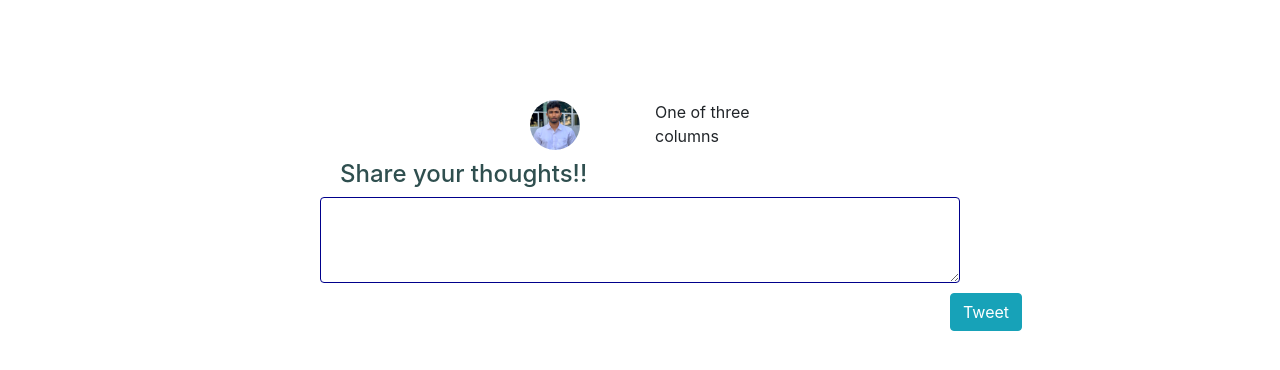
Repository: rashmikagamage/OAuth-Implementation
Page: / (app in frontend/)
An editor plug-in stored every save of this project. The page is shown before and after the next save, followed by the edit.
The browser window is 1280 px wide. The pictures show the whole page.
Some web libraries are served in a nearby version. The project was rebuilt for these pictures with package versions that can differ from the ones it lists, and the page was loaded fresh each time. Also part of the build but not shown: frontend/src/components/login.js, frontend/src/components/git-home.js, frontend/src/App.css.

Above is the page before, as saved 2021-09-08 10:43:42.

### frontend/public/index.html
<!DOCTYPE html>
<html lang="en">
  <head>
    <meta charset="utf-8" />
    <link rel="icon" href="%PUBLIC_URL%/favicon.ico" />
    <meta name="viewport" content="width=device-width, initial-scale=1" />
    <meta name="theme-color" content="#000000" />
    <meta
      name="description"
      content="Web site created using create-react-app"
    />
    <link rel="apple-touch-icon" href="%PUBLIC_URL%/logo192.png" />
    <!--
      manifest.json provides metadata used when your web app is installed on a
      user's mobile device or desktop. See https://developers.google.com/web/fundamentals/web-app-manifest/
    -->
    <link rel="manifest" href="%PUBLIC_URL%/manifest.json" />
    <link rel="stylesheet" href="https://pro.fontawesome.com/releases/v5.13.0/css/all.css">
    <link rel="shortcut icon" href="%PUBLIC_URL%/favicon.ico">
    <!--
      Notice the use of %PUBLIC_URL% in the tags above.
      It will be replaced with the URL of the `public` folder during the build.
      Only files inside the `public` folder can be referenced from the HTML.

      Unlike "/favicon.ico" or "favicon.ico", "%PUBLIC_URL%/favicon.ico" will
      work correctly both with client-side routing and a non-root public URL.
      Learn how to configure a non-root public URL by running `npm run build`.
    -->
    <link rel="stylesheet" href="https://maxcdn.bootstrapcdn.com/bootstrap/4.0.0/css/bootstrap.min.css" integrity="sha384-Gn5384xqQ1aoWXA+058RXPxPg6fy4IWvTNh0E263XmFcJlSAwiGgFAW/dAiS6JXm" crossorigin="anonymous">
    <title>React App</title>

  </head>
  <body>

    <noscript>You need to enable JavaScript to run this app.</noscript>
    <div id="root"></div>
    <!--
      This HTML file is a template.
      If you open it directly in the browser, you will see an empty page.

      You can add webfonts, meta tags, or analytics to this file.
      The build step will place the bundled scripts into the <body> tag.

      To begin the development, run `npm start` or `yarn start`.
      To create a production bundle, use `npm run build` or `yarn build`.
    -->
    <script src="https://code.jquery.com/jquery-3.2.1.slim.min.js" integrity="sha384-KJ3o2DKtIkvYIK3UENzmM7KCkRr/rE9/Qpg6aAZGJwFDMVNA/GpGFF93hXpG5KkN" crossorigin="anonymous"></script>
    <script src="https://cdnjs.cloudflare.com/ajax/libs/popper.js/1.12.9/umd/popper.min.js" integrity="sha384-ApNbgh9B+Y1QKtv3Rn7W3mgPxhU9K/ScQsAP7hUibX39j7fakFPskvXusvfa0b4Q" crossorigin="anonymous"></script>
    <script src="https://maxcdn.bootstrapcdn.com/bootstrap/4.0.0/js/bootstrap.min.js" integrity="sha384-JZR6Spejh4U02d8jOt6vLEHfe/JQGiRRSQQxSfFWpi1MquVdAyjUar5+76PVCmYl" crossorigin="anonymous"></script>
  </body>
</html>

### frontend/src/App.js
import Login from './components/login';
import GitHome from './components/git-home';
import TwitterHome from './components/twitter-home';
import {BrowserRouter as Router, Route} from "react-router-dom";
import './App.css';

function App() {
  return (

    <Router>{
      <div>
          <switch>
              <Route path="/login" component={Login}/>
              <Route path="/auth/github/callback" component={GitHome}/>
              <Route path="/" component={TwitterHome}/>
          </switch>
      </div>
  }

  </Router>
  );
}

export default App;

### frontend/src/components/twitter-home.js
import "../css/twitter.css";
import avatar from "../images/my.jpg";
import React, { useState } from "react";
const axios = require("axios").default;

function TwitterHome(props) {

    function tweet(){

    }
  return (
    <div>
      <div class="container avatar-cont">
        <div class="row">
          <div class="col-sm-6">
          <img src={avatar} alt="Avatar" class="avatar"></img>
          </div>
          <div class="col-sm">
          One of three columns
          </div>
        </div>
      </div>

      <h4 class="tweetHeader">Share your thoughts!!</h4>
         <textarea class="form-control text" id="exampleFormControlTextarea1" rows="3"></textarea>
        <button type="button" class="btn btn-info twt-button" onClick={() => tweet()} >Tweet</button>
    </div>
  );
}

export default TwitterHome;

### frontend/src/css/twitter.css
.login{
    width: 240px;
    margin-top: 50px;
    margin-left: 450px;
}
.margin5{
    margin-top: 55px;
}
.buttonSize{
    width: 250px;
    margin-left: 50px;
}
.text{
    margin: auto;
  width: 50%;
  border-color: darkblue;
}
.tweetHeader{
    color:darkslategrey;
    margin-left: 340px;
    margin-top: 10px;
}

.twt-button{
    margin-top: 10px;
    margin-left: 950px;
}

.avatar {
    vertical-align: middle;
    width: 50px;
    height: 50px;
    border-radius: 50%;
  }

.avatar-cont{
    width: 250px;
    margin-top: 100px;
}

Loaded but not shown: frontend/src/index.js (common file); frontend/src/index.css (common file); frontend/src/reportWebVitals.js (common file)

After the next save:
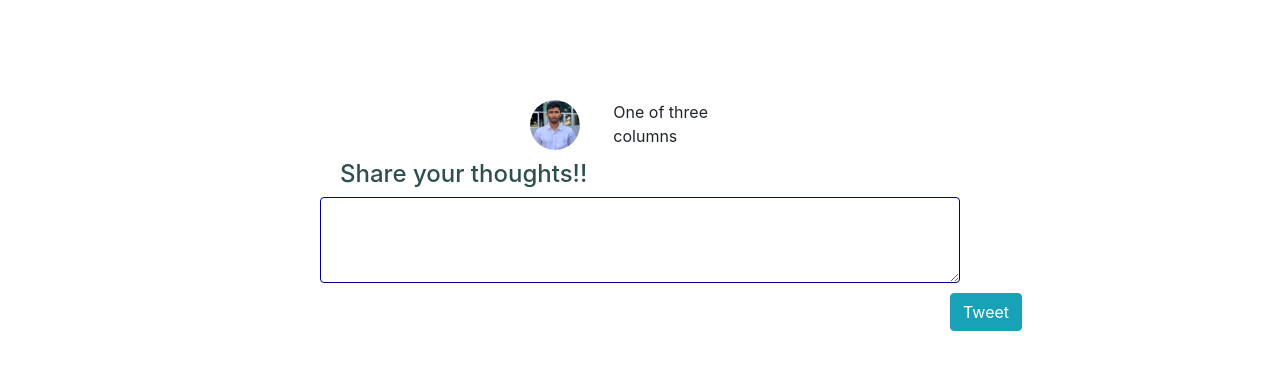
Saved 11 s later.
--- a/frontend/src/components/twitter-home.js
+++ b/frontend/src/components/twitter-home.js
@@ -12,7 +12,7 @@ function TwitterHome(props) {
     <div>
       <div class="container avatar-cont">
         <div class="row">
-          <div class="col-sm-6">
+          <div class="col-sm-4">
           <img src={avatar} alt="Avatar" class="avatar"></img>
           </div>
           <div class="col-sm">
